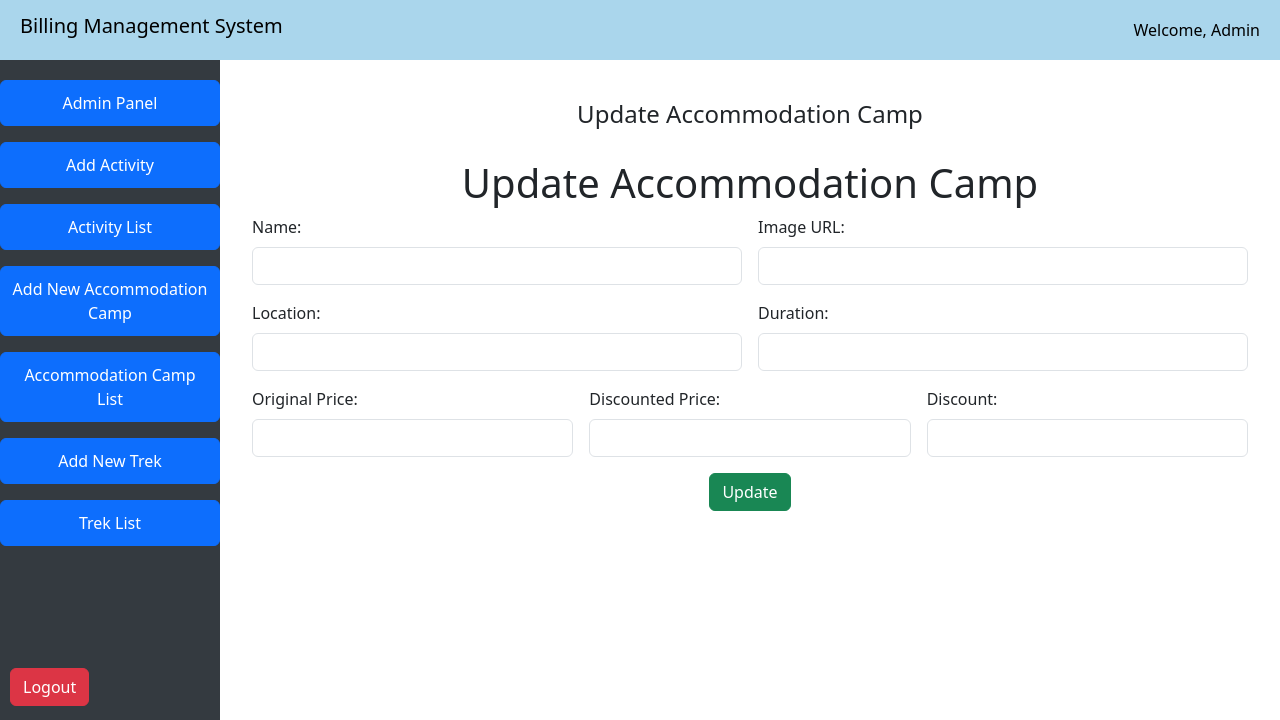
Repository: ruturajsurwase/Thymleaf-Projects
Page: http://localhost/update-accommodationcamp-form
The author's editor kept a copy of each file at every save. The page is drawn from the files as they stood at one save, then again after the next save.
The browser window is 1280 px wide. The pictures show the whole page.
The page is this project's Thymeleaf template; nobody is signed in. The template is opened directly, without the code that normally fills it, so the values that code supplies are empty.

Above is the page before, as saved 2024-12-13 06:36:06.

### WEEKENDFEELS/src/main/resources/templates/update-accommodationcamp-form.html
<!DOCTYPE html>
<html xmlns:th="http://www.thymeleaf.org">

<head>
    <title>Update Accommodation Camp</title>
    <link href="https://cdn.jsdelivr.net/npm/bootstrap@5.3.0-alpha3/dist/css/bootstrap.min.css" rel="stylesheet">
</head>
<style>
.container {
    margin-top: 30px;
}

.topbar {
    width: 100%;
    height: 60px;
    background-color: #aad6ec;
    color: black;
    position: fixed;
    top: 0;
    left: 0;
    z-index: 1000;
    display: flex;
    align-items: center;
    justify-content: space-between;
    padding: 0 20px;
}

.sidebar {
    height: 100vh;
    position: fixed;
    left: 0;
    top: 60px;
    background-color: #343a40;
    color: white;
    padding-top: 20px;
    width: 220px;
}

.sidebar a {
    color: white;
    display: block;
    padding: 10px;
    text-decoration: none;
    font-size: 16px;
}

.sidebar a:hover {
    background-color: #81b1ce;
}

.content {
    margin-left: 220px;
    margin-top: 80px;
    padding: 20px;
}

.logout-btn {
    position: absolute;
    bottom: 74px;
    width: 90%;
    left: 10px;
}
</style>

<body>
    <!-- Topbar -->
    <div class="topbar">
        <h5>Billing Management System</h5>
        <span>Welcome, Admin</span>
    </div>

    <!-- Sidebar -->
    <div class="sidebar">
        <a href="/" class="btn btn-primary btn-block mb-3">Admin Panel</a>
        <a href="/add" class="btn btn-primary btn-block mb-3">Add Activity</a>
        <a href="/listActivities" class="btn btn-primary btn-block mb-3">Activity List</a>
        <a href="/accommodations/add" class="btn btn-primary btn-block mb-3">Add New Accommodation Camp</a>
        <a href="/accommodations" class="btn btn-primary btn-block mb-3">Accommodation Camp List</a>
        <a href="/trek/add" class="btn btn-primary btn-block mb-3">Add New Trek</a>
        <a href="/treks" class="btn btn-primary btn-block mb-3">Trek List</a>
        <form th:action="@{/logout}" method="post" class="logout-btn">
            <button type="submit" class="btn btn-danger btn-block">Logout</button>
        </form>
    </div>

    <!-- Main Content -->
    <div class="content">
        <h4 class="text-center">Update Accommodation Camp</h4>
        <div class="container">
            <h1 class="text-center">Update Accommodation Camp</h1>
            <form th:action="@{/accommodation/update}" th:object="${accommodationCamp}" method="post" class="row g-3">
                <input type="hidden" th:field="*{id}" />

                <div class="col-md-6">
                    <label class="form-label">Name:</label>
                    <input type="text" th:field="*{name}" class="form-control" required />
                </div>

                <div class="col-md-6">
                    <label class="form-label">Image URL:</label>
                    <input type="text" th:field="*{imageUrl}" class="form-control" required />
                </div>

                <div class="col-md-6">
                    <label class="form-label">Location:</label>
                    <input type="text" th:field="*{location}" class="form-control" required />
                </div>

                <div class="col-md-6">
                    <label class="form-label">Duration:</label>
                    <input type="text" th:field="*{duration}" class="form-control" required />
                </div>

                <div class="col-md-4">
                    <label class="form-label">Original Price:</label>
                    <input type="text" th:field="*{originalPrice}" class="form-control" required />
                </div>

                <div class="col-md-4">
                    <label class="form-label">Discounted Price:</label>
                    <input type="text" th:field="*{discountedPrice}" class="form-control" required />
                </div>

                <div class="col-md-4">
                    <label class="form-label">Discount:</label>
                    <input type="text" th:field="*{discount}" class="form-control" required />
                </div>

                <div class="col-12 text-center">
                    <button type="submit" class="btn btn-success">Update</button>
                </div>
            </form>
        </div>
    </div>

    <script src="https://cdn.jsdelivr.net/npm/bootstrap@5.3.0-alpha3/dist/js/bootstrap.bundle.min.js"></script>
</body>

</html>

After the next save:
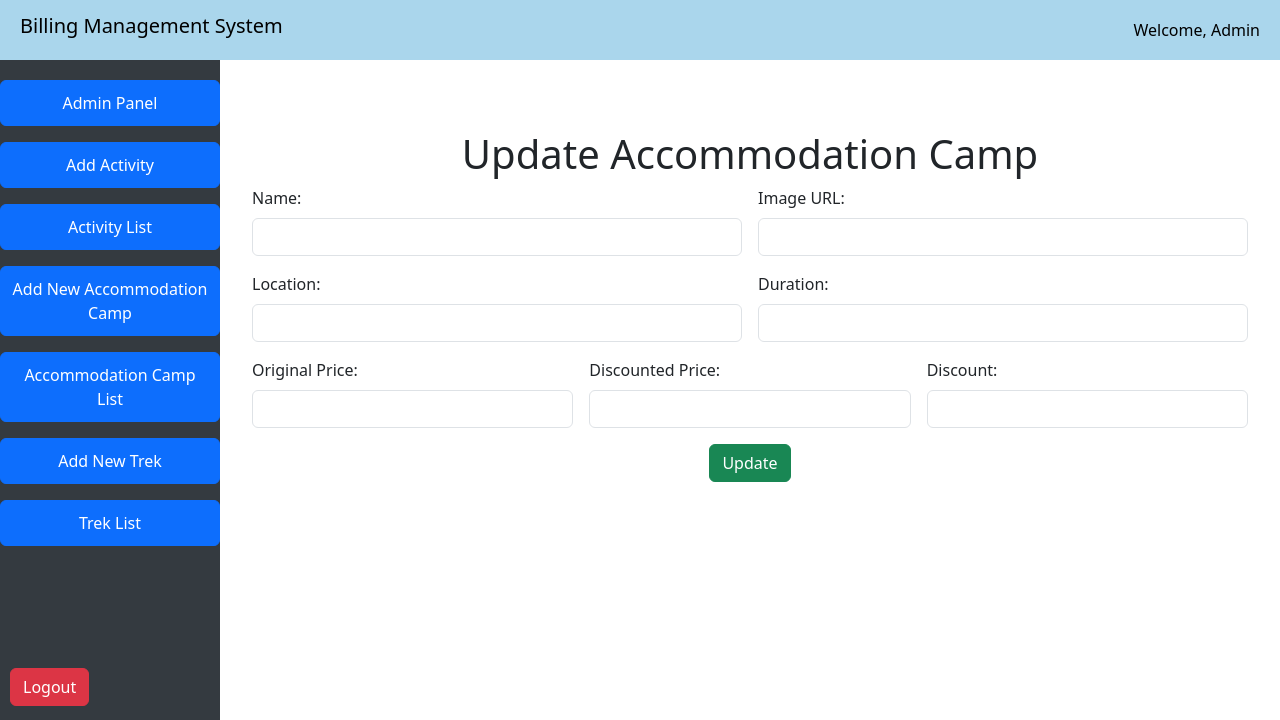
Saved 17 s later.
--- a/WEEKENDFEELS/src/main/resources/templates/update-accommodationcamp-form.html
+++ b/WEEKENDFEELS/src/main/resources/templates/update-accommodationcamp-form.html
@@ -85,7 +85,7 @@
 
     <!-- Main Content -->
     <div class="content">
-        <h4 class="text-center">Update Accommodation Camp</h4>
+        <h4 class="text-center"></h4>
         <div class="container">
             <h1 class="text-center">Update Accommodation Camp</h1>
             <form th:action="@{/accommodation/update}" th:object="${accommodationCamp}" method="post" class="row g-3">
